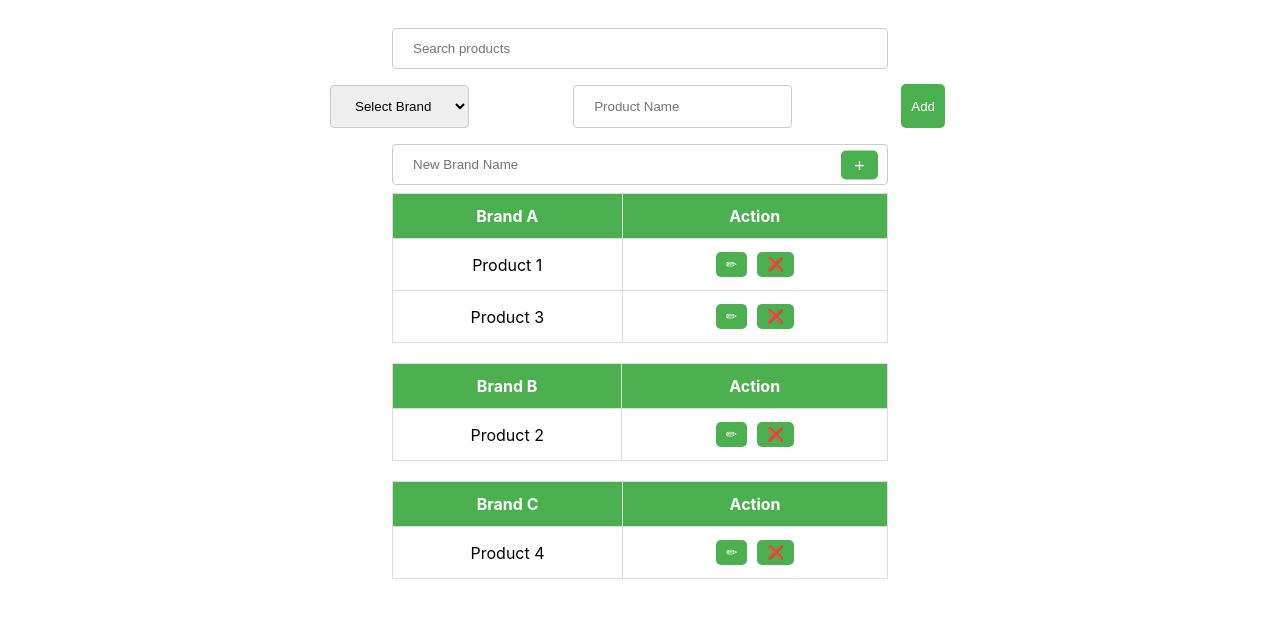
Repository: sunilkc-7/product-manager-app
Page: /
The author's editor kept a copy of each file at every save. The page is drawn from the files as they stood at one save, then again after the next save.
The browser window is 1280 px wide. The pictures show the whole page.
The project was rebuilt for these pictures with package versions that can differ from the ones it lists, and the page was loaded fresh each time.

Above is the page before, as saved 2023-08-01 14:08:08.

### src/App.js
import React, { useState } from "react";
import "./App.css";
import data from "./data/data.json";

function App() {
  const [products, setProducts] = useState(
    data.map((p) => ({ ...p, isEditing: false }))
  );
  const [productName, setProductName] = useState("");
  const [search, setSearch] = useState("");
  const [newBrandName, setNewBrandName] = useState("");
  const [currentBrand, setCurrentBrand] = useState("");
  const [editedName, setEditedName] = useState("");

  const addProduct = () => {
    if (currentBrand && productName) {
      setProducts([
        ...products,
        { brand: currentBrand, name: productName, isEditing: false },
      ]);
      setProductName("");
    }
  };

  const deleteProduct = (productToDelete) => {
    setProducts(products.filter((product) => product !== productToDelete));
  };

  const editProduct = (productToEdit) => {
    setProducts(
      products.map((product) =>
        product === productToEdit ? { ...product, isEditing: true } : product
      )
    );
    setEditedName(productToEdit.name);
  };

  const updateProduct = (productToUpdate) => {
    setProducts(
      products.map((product) =>
        product === productToUpdate
          ? { ...product, name: editedName, isEditing: false }
          : product
      )
    );
  };

  const addBrandName = () => {
    if (newBrandName) {
      setProducts([
        ...products,
        { brand: newBrandName, name: "", isEditing: false },
      ]);
      setNewBrandName("");
    }
  };

  const brandNames = Array.from(new Set(products.map((p) => p.brand)));

  const filteredProducts = products.filter((product) =>
    product.name.toLowerCase().includes(search.toLowerCase())
  );

  return (
    <div className="App">
      <input
        className="inputSearch"
        type="text"
        value={search}
        onChange={(e) => setSearch(e.target.value)}
        placeholder="Search products"
      />
      <div className="select-container">
        <select
          style={{ maxHeight: "100px", overflow: "auto" }}
          onChange={(e) => setCurrentBrand(e.target.value)}
        >
          <option value="">Select Brand</option>
          {brandNames.map((brandName, index) => (
            <option key={index} value={brandName}>
              {brandName}
            </option>
          ))}
        </select>
        <input
          type="text"
          placeholder="Product Name"
          value={productName}
          onChange={(e) => setProductName(e.target.value)}
        />
        <button className="buttonContainer" onClick={addProduct}>
          Add
        </button>
      </div>
      <div className="inputContainer">
        <input
          className="inputWithButton"
          type="text"
          placeholder="New Brand Name"
          value={newBrandName}
          onChange={(e) => setNewBrandName(e.target.value)}
        />
        <button className="insideButton" onClick={addBrandName}>
          +
        </button>
      </div>

      {brandNames.map((brandName, index) => {
        const relatedProducts = filteredProducts
          .filter((p) => p.brand === brandName)
          .sort((a, b) => a.name.localeCompare(b.name));
        return (
          <table key={index}>
            <thead>
              <tr>
                <th>{brandName}</th>
                <th>Action</th>
              </tr>
            </thead>
            {relatedProducts.length > 0 && (
              <tbody>
                {relatedProducts.map((product, i) => (
                  <tr key={i}>
                    <td>
                      {product.isEditing ? (
                        <input
                          value={editedName}
                          onChange={(e) => setEditedName(e.target.value)}
                        />
                      ) : (
                        product.name
                      )}
                    </td>
                    <td>
                      {product.isEditing ? (
                        <button onClick={() => updateProduct(product)}>
                          Save
                        </button>
                      ) : (
                        <button onClick={() => editProduct(product)}>✏</button>
                      )}
                      <button onClick={() => deleteProduct(product)}>❌</button>
                    </td>
                  </tr>
                ))}
              </tbody>
            )}
          </table>
        );
      })}
    </div>
  );
}

export default App;

### src/App.css
:root {
  --button-padding: 5px 10px;
  --button-bg-color: #4caf50;
  --button-hover-bg-color: #45a049;
  --input-padding: 12px 20px;
  --input-border: 1px solid #ccc;
  --input-border-radius: 4px;
}

.App {
  align-items: center;
  display: flex;
  flex-direction: column;
  padding: 20px;
}

table {
  border-collapse: collapse;
  border-spacing: 10px;
  margin-bottom: 20px;
  width: 40%;
}

th,
td {
  border: 1px solid #ddd;
  padding: 8px;
  text-align: center;
}

th {
  background-color: var(--button-bg-color);
  color: white;
  padding-bottom: 12px;
  padding-top: 12px;
}

button {
  background-color: var(--button-bg-color);
  border: none;
  border-radius: 5px;
  color: white;
  cursor: pointer;
  margin: 5px;
  padding: var(--button-padding);
}

button:hover {
  background-color: var(--button-hover-bg-color);
}

input[type="text"],
select {
  border: var(--input-border);
  border-radius: var(--input-border-radius);
  box-sizing: border-box;
  display: inline-block;
  margin: 8px 0;
  padding: var(--input-padding);
}

.inputSearch {
  width: 40%;
}

.inputContainer {
  position: relative;
  width: 40%;
}

.inputWithButton {
  width: 100%;
}

.insideButton {
  cursor: pointer;
  margin: auto;
  position: absolute;
  right: 10px;
  top: 50%;
  transform: translateY(-50%);
  height: 29px;
  width: 37px;
  font-size: 18px;
}

.select-container {
  display: flex;
  flex-wrap: wrap;
  justify-content: space-between;
  width: 50%;
}

.buttonContainer {
  height: 44px;
  margin-top: 7px;
  width: auto;
}

### src/data/data.json
[
  { "brand": "Brand A", "name": "Product 1" },
  { "brand": "Brand B", "name": "Product 2" },
  { "brand": "Brand A", "name": "Product 3" },
  { "brand": "Brand C", "name": "Product 4" }
]

Loaded but not shown: public/index.html (common file); src/index.js (common file); src/index.css (common file); src/reportWebVitals.js (common file)

After the next save:
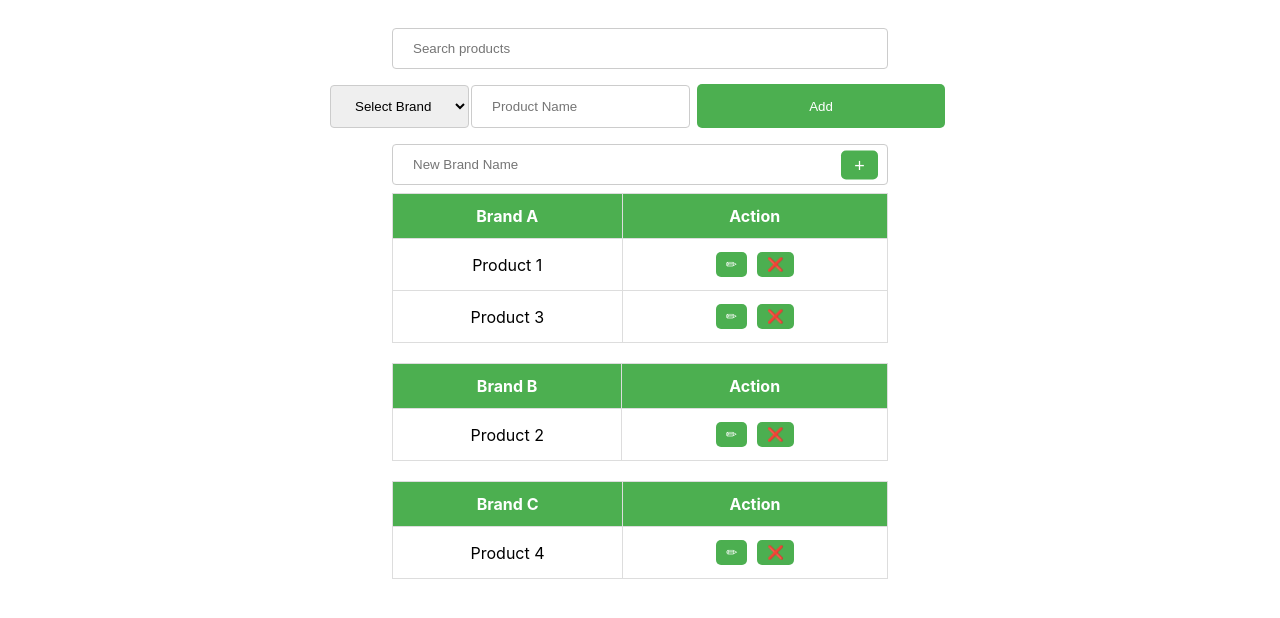
Saved 22 s later.
--- a/src/App.css
+++ b/src/App.css
@@ -94,5 +94,5 @@
 .buttonContainer {
   height: 44px;
   margin-top: 7px;
-  width: auto;
+  width: 40%;
 }

After the save that followed:
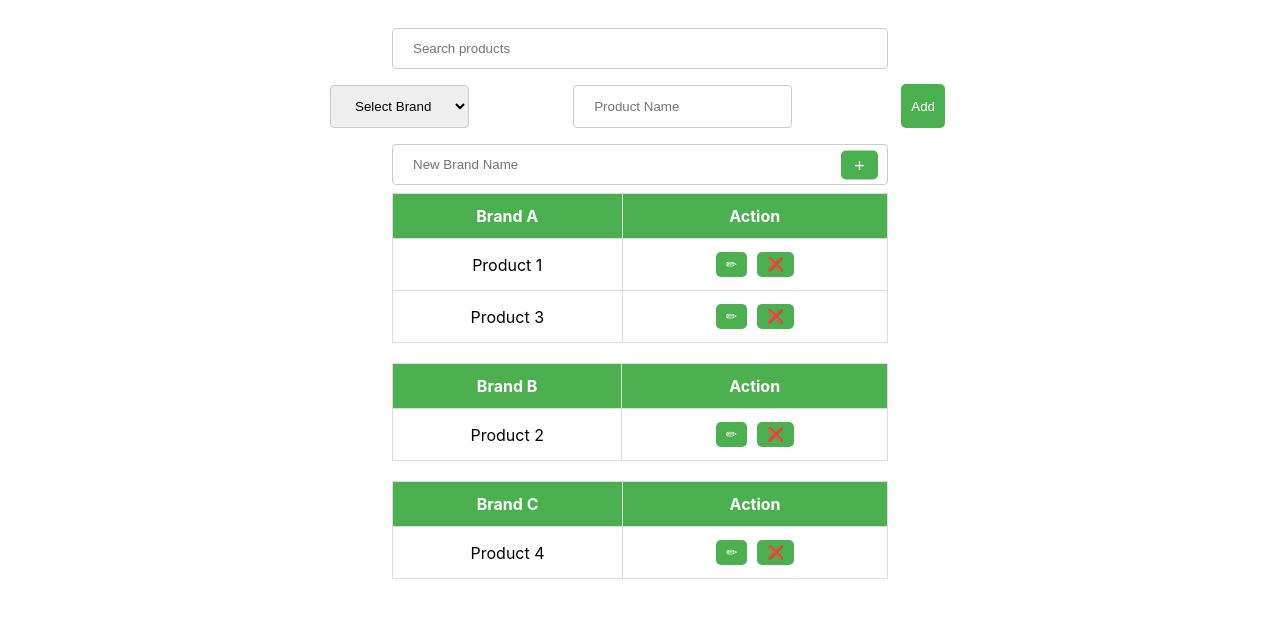
Saved 36 s later.
--- a/src/App.css
+++ b/src/App.css
@@ -94,5 +94,5 @@
 .buttonContainer {
   height: 44px;
   margin-top: 7px;
-  width: 40%;
+  width: auto;
 }
